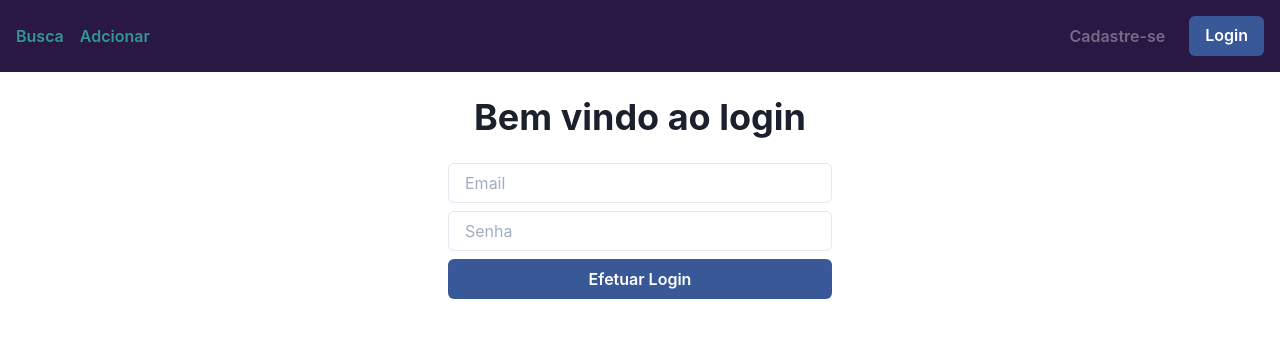
Repository: thislucasme/front-end-cats-react.js
Page: /login
These files come from the project's save history. The page is drawn as it stood at one moment and after the next save; the edit follows.
The browser window is 1280 px wide. The pictures show the whole page.
The project was rebuilt for these pictures with package versions that can differ from the ones it lists, and the page was loaded fresh each time. Also part of the build but not shown: src/components/lista.gatos.tsx, src/pages/cadastro.gatos.tsx, src/hooks/gato.hooks.ts, src/pages/busca.gatos.tsx, src/pages/casdastro.tsx.

Above is the page before, as saved 2021-10-27 16:38:04.

### src/index.tsx
import { ColorModeScript } from "@chakra-ui/react"
import * as React from "react"
import ReactDOM from "react-dom"
import { App } from "./App"
import reportWebVitals from "./reportWebVitals"
import * as serviceWorker from "./serviceWorker"
import { ChakraProvider, theme } from '@chakra-ui/react'

ReactDOM.render(
  <React.StrictMode>
    <ColorModeScript />
    <ChakraProvider theme={theme}>
      <App />
    </ChakraProvider>
  </React.StrictMode>,
  document.getElementById("root"),
)

// If you want your app to work offline and load faster, you can change
// unregister() to register() below. Note this comes with some pitfalls.
// Learn more about service workers: https://cra.link/PWA
serviceWorker.unregister()

// If you want to start measuring performance in your app, pass a function
// to log results (for example: reportWebVitals(console.log))
// or send to an analytics endpoint. Learn more: https://bit.ly/CRA-vitals
reportWebVitals()

### src/App.tsx
import React from "react";
import { Cadastro } from "./pages/cadastro.gatos";
import { BrowserRouter, Switch, Route } from "react-router-dom";
import { Busca } from "./pages/busca.gatos";
import { Login } from "./pages/login";
import { UserCadastro } from "./pages/casdastro";


export const App: React.FC = () => {
  return (
    <BrowserRouter>
      <Switch>
        <Route exact path={'/cadastro'} component={Cadastro} />
        <Route exact path={'/buscar'} component={Busca} />
        <Route exact path={'/login'} component={Login} />
        <Route exact path={'/cadastro/user'} component={UserCadastro} />

      </Switch>
    </BrowserRouter>
  );
}

### src/pages/login.tsx
import { Center, FormLabel, Heading, Input, Button, VStack } from "@chakra-ui/react";
import React from "react";
import { Menu } from "../components/menu";
import { Lista } from "../components/lista.gatos";
export const Login = () => {
	return (
		<Center>
			<VStack w="full">
				<Menu />
				<VStack w="30%">
					<Heading my={4}>Bem vindo ao login</Heading>
					<Input placeholder="Email" />
					<Input placeholder="Senha" type={"password"} />
					<Button colorScheme="facebook" w="full">Efetuar Login</Button>
				</VStack>
			</VStack>
		</Center>
	);
}

### src/components/menu.tsx
import { Box, Button, Flex, Spacer } from "@chakra-ui/react";
import React from "react";
export const Menu = () => {

	function openLink(url: string) {
		window.open(url, '_self')
	}
	return (
		<>
			<Flex p={4} bg={"#291744"} w={"full"}>
				<Button onClick={() => { openLink('/buscar') }} mr={4} colorScheme="teal" variant="link">
					Busca
				</Button>
				<Button onClick={() => { openLink('/cadastro') }} mr={4} colorScheme="teal" variant="link">
					Adcionar
				</Button>
				<Spacer />
				<Button variant="link" mr={6} onClick={() => { openLink('/cadastro/user') }} colorScheme="whiteAlpha">Cadastre-se</Button>
				<Button onClick={() => { openLink('/login') }} colorScheme="facebook">Login</Button>
			</Flex>
		</>
	);
}

Loaded but not shown: public/index.html (common file); src/reportWebVitals.ts (common file); src/serviceWorker.ts (common file)

After the next save:
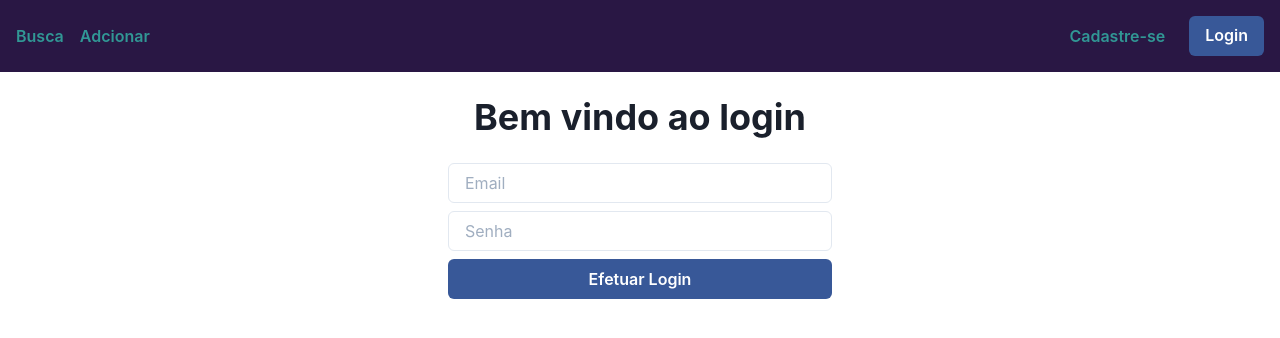
Saved 36 s later.
--- a/src/components/menu.tsx
+++ b/src/components/menu.tsx
@@ -15,7 +15,7 @@ export const Menu = () => {
 					Adcionar
 				</Button>
 				<Spacer />
-				<Button variant="link" mr={6} onClick={() => { openLink('/cadastro/user') }} colorScheme="whiteAlpha">Cadastre-se</Button>
+				<Button variant="link" mr={6} onClick={() => { openLink('/cadastro/user') }} colorScheme="teal">Cadastre-se</Button>
 				<Button onClick={() => { openLink('/login') }} colorScheme="facebook">Login</Button>
 			</Flex>
 		</>
